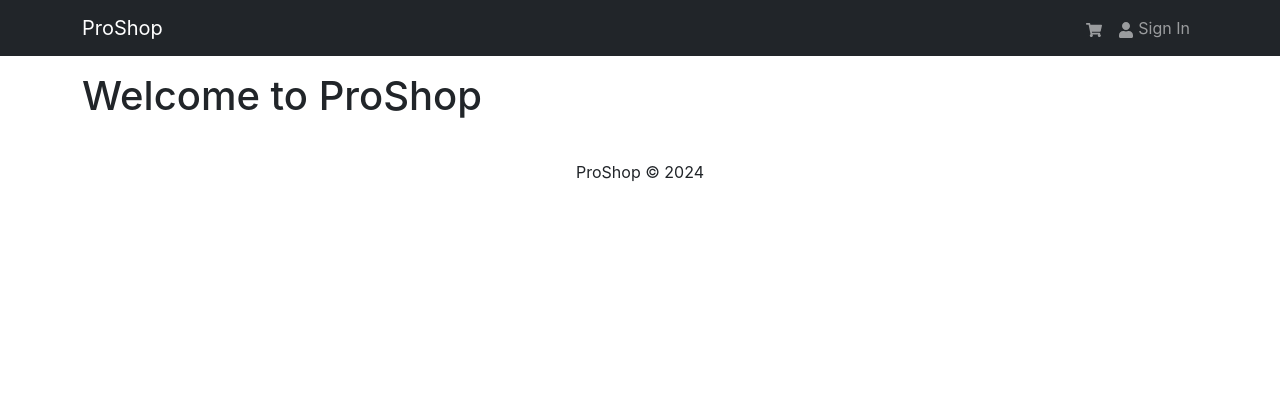
Repository: Lithium87/ProShop-v2
Page: / (app in frontend/)
The author's editor kept a copy of each file at every save. The page is drawn from the files as they stood at one save, then again after the next save.
The browser window is 1280 px wide. The pictures show the whole page.
The project was rebuilt for these pictures with package versions that can differ from the ones it lists, and the page was loaded fresh each time.

Above is the page before, as saved 2024-11-25 19:37:57.

After the next save:
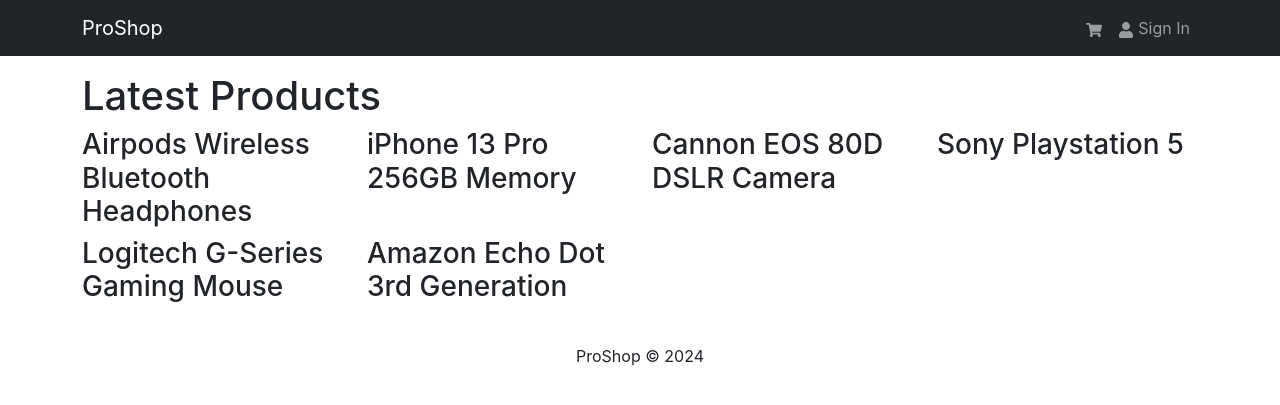
Saved 45 s later.
--- a/frontend/src/App.js
+++ b/frontend/src/App.js
@@ -2,6 +2,7 @@
 import {Container} from 'react-bootstrap';
 import Header from './components/Header';
 import Footer from './components/Footer';
+import HomeScreen from './screens/HomeScreen';
 
 const App = () => {
   return (
@@ -9,7 +10,7 @@
       <Header />
       <main className="py-3">
         <Container>
-          <h1>Welcome to ProShop</h1>
+          <HomeScreen />
         </Container>
       </main>
       <Footer />
